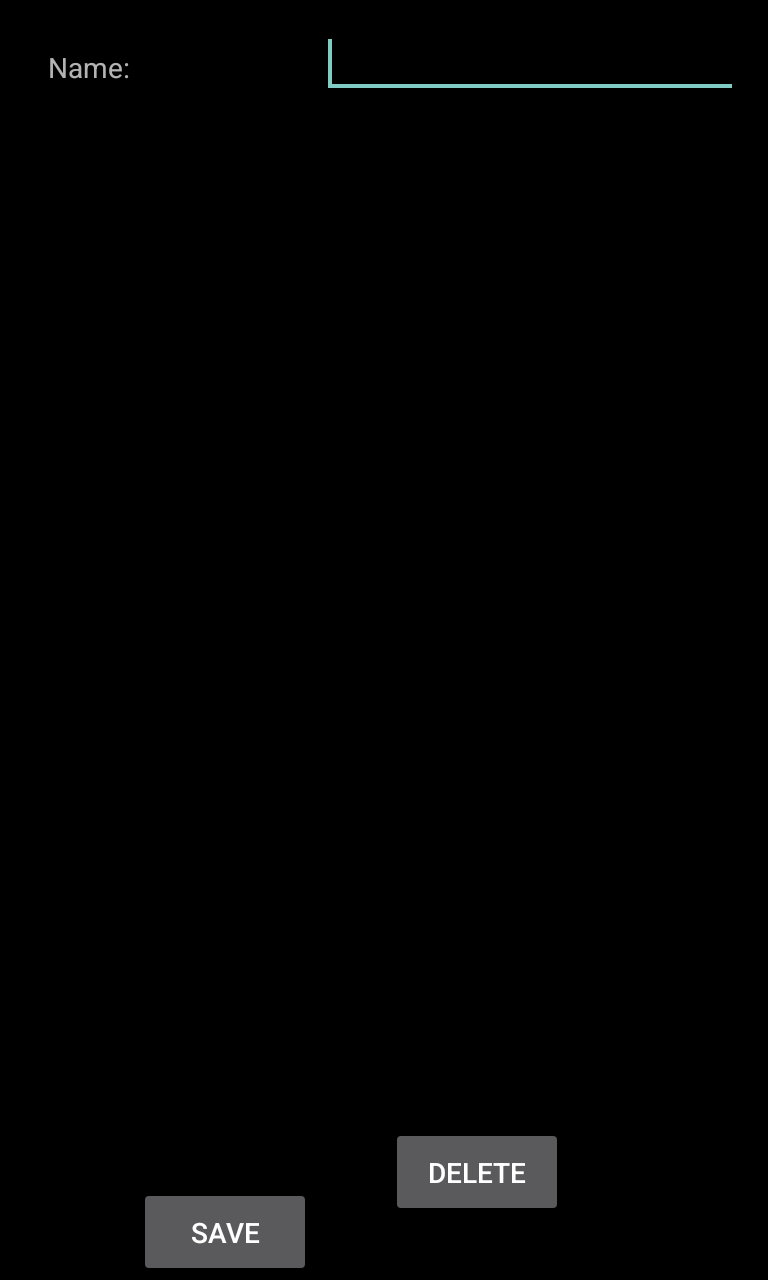
Repository: qfornaguera/AppQuelogy
Layout: AppQueology/res/layout/activity_artifact.xml
The author's editor kept a copy of each file at every save. The layout is drawn from the files as they stood at one save, then again after the next save.
It is drawn on a 768 x 1280 px phone screen (xhdpi) without system bars, with theme Theme.AppCompat; the app's code is not run.

Above is the layout before, as saved 2014-04-18 17:12:10.

### AppQueology/res/layout/activity_artifact.xml
<RelativeLayout xmlns:android="http://schemas.android.com/apk/res/android"
    xmlns:tools="http://schemas.android.com/tools"
    android:id="@+id/container"
    android:layout_width="wrap_content"
    android:layout_height="wrap_content"
    android:background="#000000"
    tools:context="com.example.appqueology.ArtifactActivity"
    tools:ignore="MergeRootFrame" >

    <EditText
        android:id="@+id/editText1"
        android:layout_width="wrap_content"
        android:layout_height="wrap_content"
        android:layout_alignBaseline="@+id/textView1"
        android:layout_alignBottom="@+id/textView1"
        android:layout_alignParentRight="true"
        android:layout_marginRight="14dp"
        android:maxLength="25"
        android:ems="10" >

        <requestFocus />
    </EditText>

    <TextView
        android:id="@+id/textView1"
        android:layout_width="wrap_content"
        android:layout_height="wrap_content"
        android:layout_alignParentLeft="true"
        android:layout_alignParentTop="true"
        android:layout_marginLeft="24dp"
        android:layout_marginTop="24dp"
        android:text="Name: " />

    <Button
        android:id="@+id/save"
        android:layout_width="wrap_content"
        android:layout_height="wrap_content"
        android:layout_alignParentBottom="true"
        android:layout_toRightOf="@+id/textView1"
        android:text="Save" />

    <Button
        android:id="@+id/delete"
        android:layout_width="wrap_content"
        android:layout_height="wrap_content"
        android:layout_alignParentBottom="true"
        android:layout_marginBottom="30dp"
        android:layout_marginLeft="38dp"
        android:layout_toRightOf="@+id/save"
        android:text="Delete" />

</RelativeLayout>

After the next save:
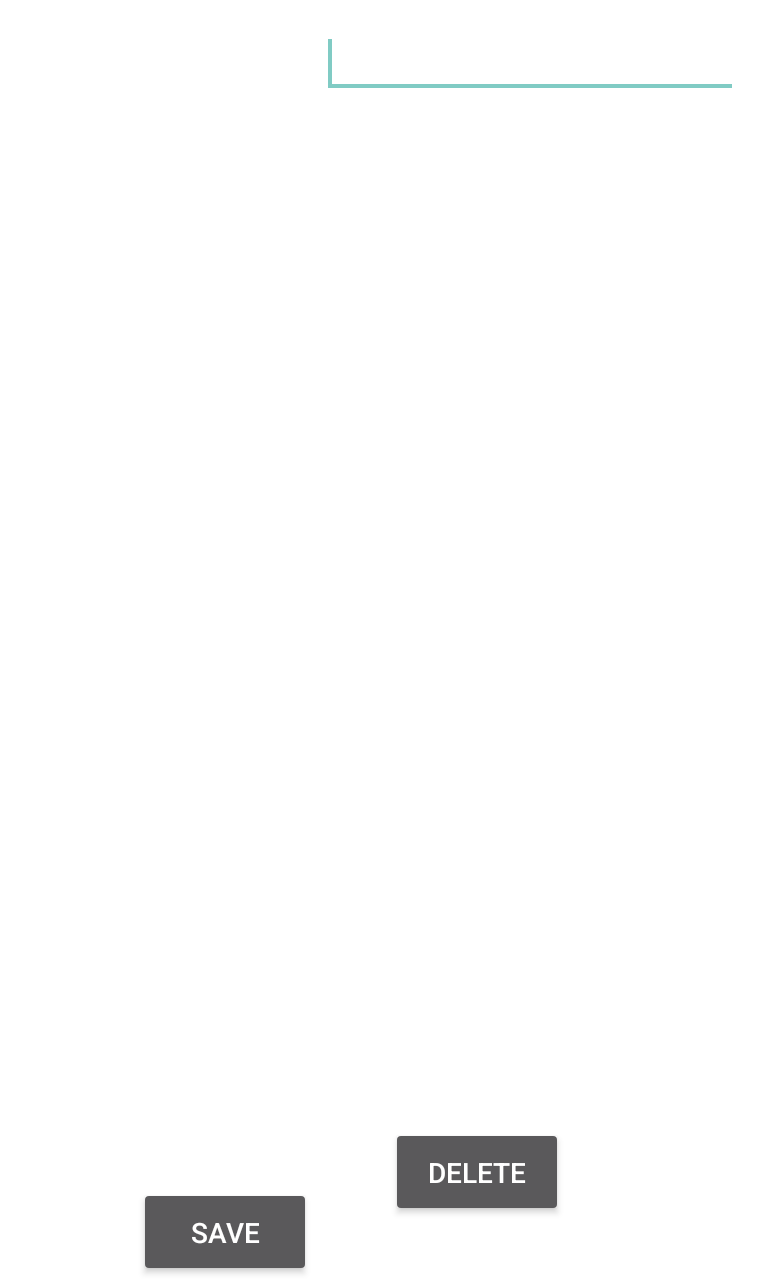
Saved 3 min 18 s later.
--- a/AppQueology/res/layout/activity_artifact.xml
+++ b/AppQueology/res/layout/activity_artifact.xml
@@ -3,7 +3,7 @@
     android:id="@+id/container"
     android:layout_width="wrap_content"
     android:layout_height="wrap_content"
-    android:background="#000000"
+    android:background="#ffffff"
     tools:context="com.example.appqueology.ArtifactActivity"
     tools:ignore="MergeRootFrame" >
 
